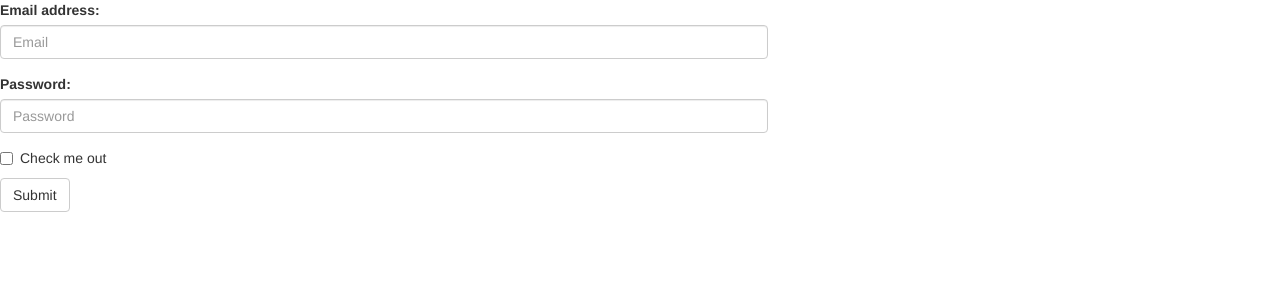
Repository: vaibhavkri/Trendnxt-Projects
Page: bootstrap/Bootstrap– L3 Assignment/Topic 6 HTML Forms/Assignment1.html
These files come from the project's save history. The page is drawn as it stood at one moment and after the next save; the edit follows.
The browser window is 1280 px wide. The pictures show the whole page.

Above is the page before, as saved 2018-10-23 15:06:44.

### bootstrap/Bootstrap– L3 Assignment/Topic 6 HTML Forms/Assignment1.html
<!DOCTYPE html>
<html lang="en">

<head>
    <title>Bootstrap Example</title>
    <meta charset="utf-8">
    <meta name="viewport" content="width=device-width, initial-scale=1, shring-to-fit=no">
    <link rel="stylesheet" href="https://maxcdn.bootstrapcdn.com/bootstrap/3.3.7/css/bootstrap.min.css">
    <script src="https://ajax.googleapis.com/ajax/libs/jquery/3.3.1/jquery.min.js"></script>
    <script src="https://maxcdn.bootstrapcdn.com/bootstrap/3.3.7/js/bootstrap.min.js"></script>
    <style>
        #email,
        #pwd {
            width: 60%;
        }
    </style>





</head>



<body>
    <div>
        <form action="/action_page.php">

            <div class="form-group">
                <label for="email">Email address:</label>
                <input type="email" placeholder="Email" class="form-control" id="email">
            </div>
            <div class="form-group">
                <label for="pwd">Password:</label>
                <input type="password" placeholder="Password" class="form-control" id="pwd">
            </div>



            <div class="checkbox">
                <label><input type="checkbox">Check me out</label>
            </div>
            <button type="submit" class="btn btn-default">Submit</button>
        </form>
    </div>


</body>












</html>

After the next save:
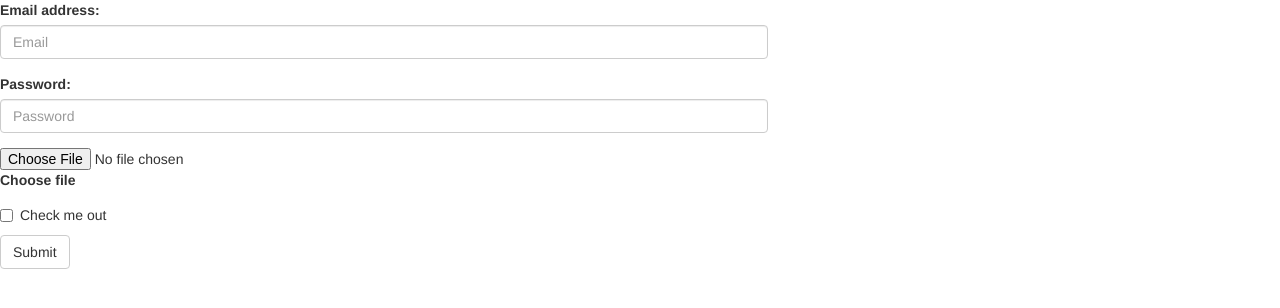
Saved 95 s later.
--- a/bootstrap/Bootstrap– L3 Assignment/Topic 6 HTML Forms/Assignment1.html
+++ b/bootstrap/Bootstrap– L3 Assignment/Topic 6 HTML Forms/Assignment1.html
@@ -14,10 +14,6 @@
             width: 60%;
         }
     </style>
-
-
-
-
 
 </head>
 
@@ -36,7 +32,10 @@
                 <input type="password" placeholder="Password" class="form-control" id="pwd">
             </div>
 
-
+            <div class="custom-file">
+                <input type="file" class="custom-file-input" id="inputGroupFile01" aria-describedby="inputGroupFileAddon01">
+                <label class="custom-file-label" for="inputGroupFile01">Choose file</label>
+            </div>
 
             <div class="checkbox">
                 <label><input type="checkbox">Check me out</label>
